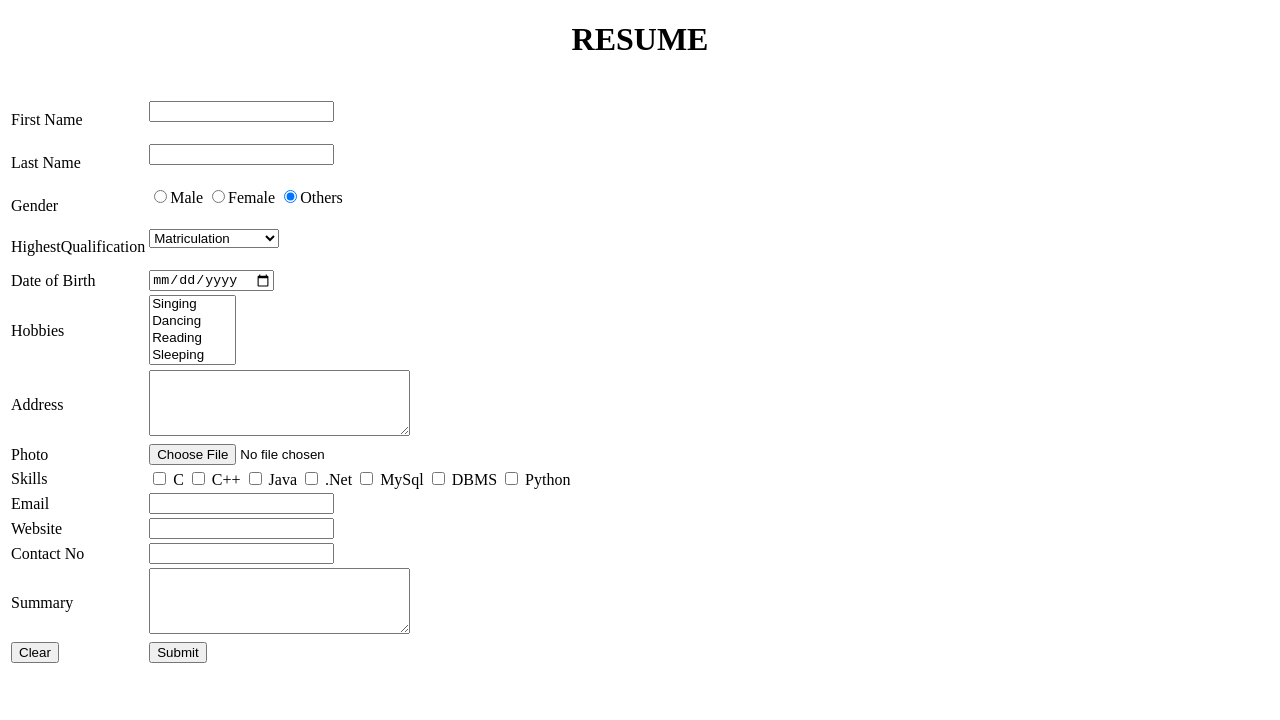
Repository: Rccalfa123/JEE
Page: MyFirstServlet/WebContent/Resume.html
These files come from the project's save history. The page is drawn as it stood at one moment and after the next save; the edit follows.
The browser window is 1280 px wide. The pictures show the whole page.

Above is the page before, as saved 2018-08-07 08:57:10.

After the next save:
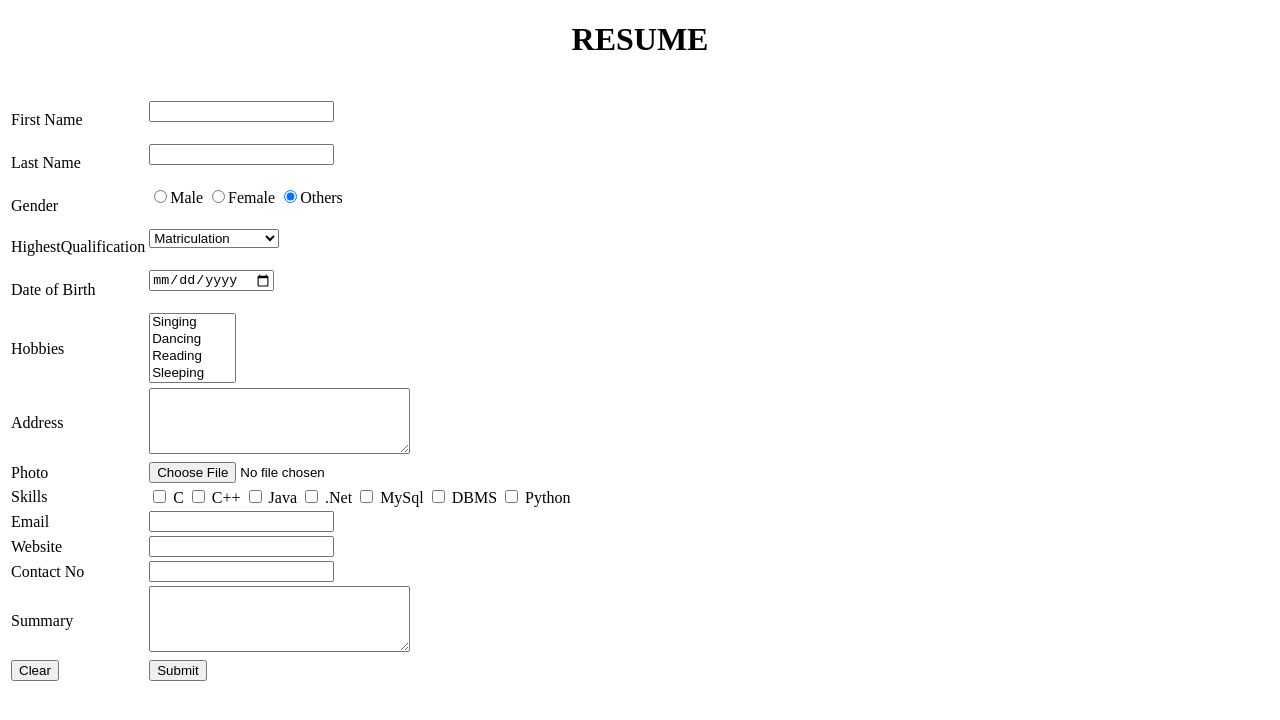
Saved 8 s later.
--- a/MyFirstServlet/WebContent/Resume.html
+++ b/MyFirstServlet/WebContent/Resume.html
@@ -23,7 +23,7 @@
             <option value="masters">Masters</option>
    			</select><br><br></td></tr>
 
-   <tr><td>Date of Birth</td><td> <input type="date" name="dob"><br></td></tr>
+   <tr><td>Date of Birth</td><td> <input type="date" name="dob"><br><br></td></tr>
 
    <tr><td>Hobbies</td> <td><select multiple  name = "hobbies">
             <option value="singing">Singing</option>
